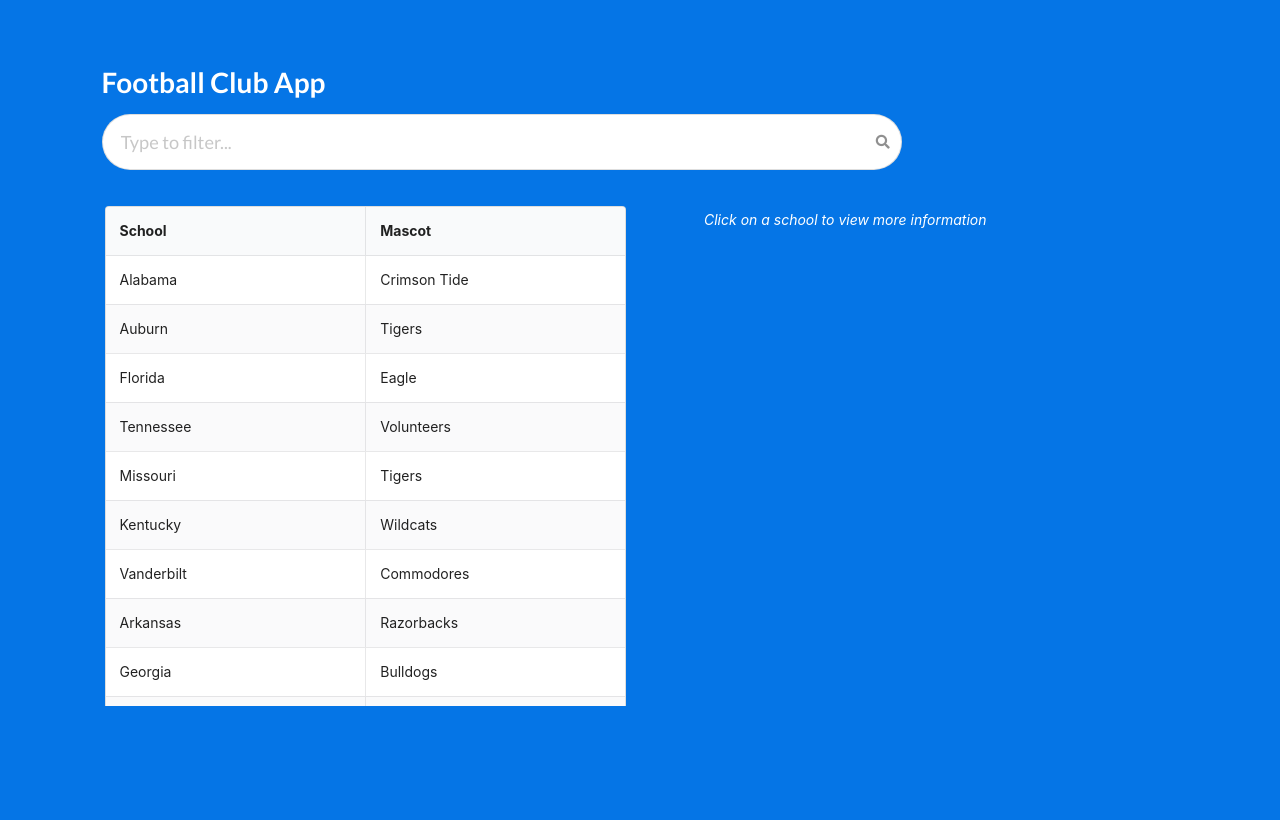
Repository: edwarddubi/Bootcamp_4_React
Page: / (app in bootcamp-4-react/)
The author's editor kept a copy of each file at every save. The page is drawn from the files as they stood at one save, then again after the next save.
The browser window is 1280 px wide. The pictures show the whole page.
An inner scrolling area shows only its first screen. The project was rebuilt for these pictures with package versions that can differ from the ones it lists, and the page was loaded fresh each time.

Above is the page before, as saved 2020-07-14 11:03:52.

After the next save:
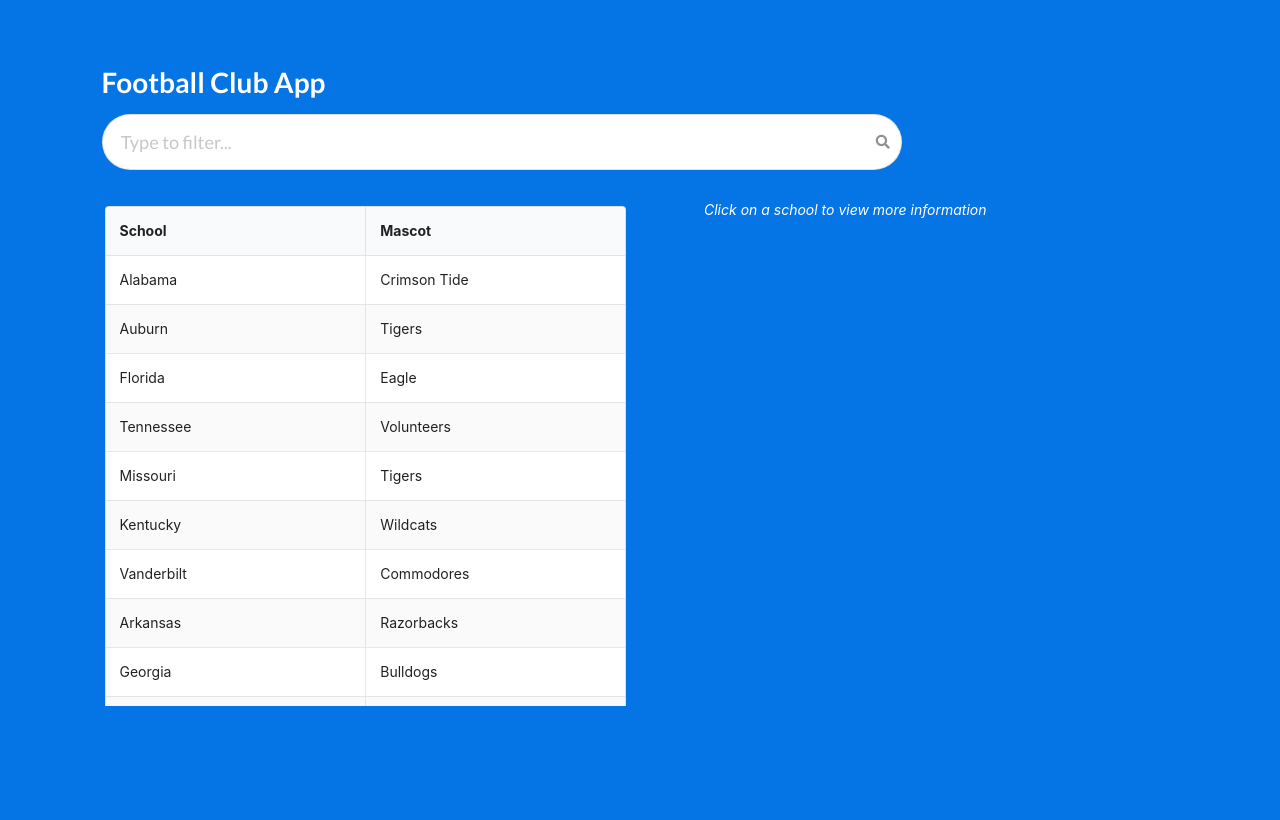
Saved 9 s later.
--- a/bootcamp-4-react/src/App.js
+++ b/bootcamp-4-react/src/App.js
@@ -46,7 +46,7 @@
                 </table>
               </div>
 
-              <div style={{ width: "50%", marginLeft:"50px", marginTop:"-10px" }} class="six wide column">
+              <div style={{ width: "50%", marginLeft:"50px", marginTop:"-20px" }} class="six wide column">
                 <ViewFootballClub data={data} />
               </div>
 
